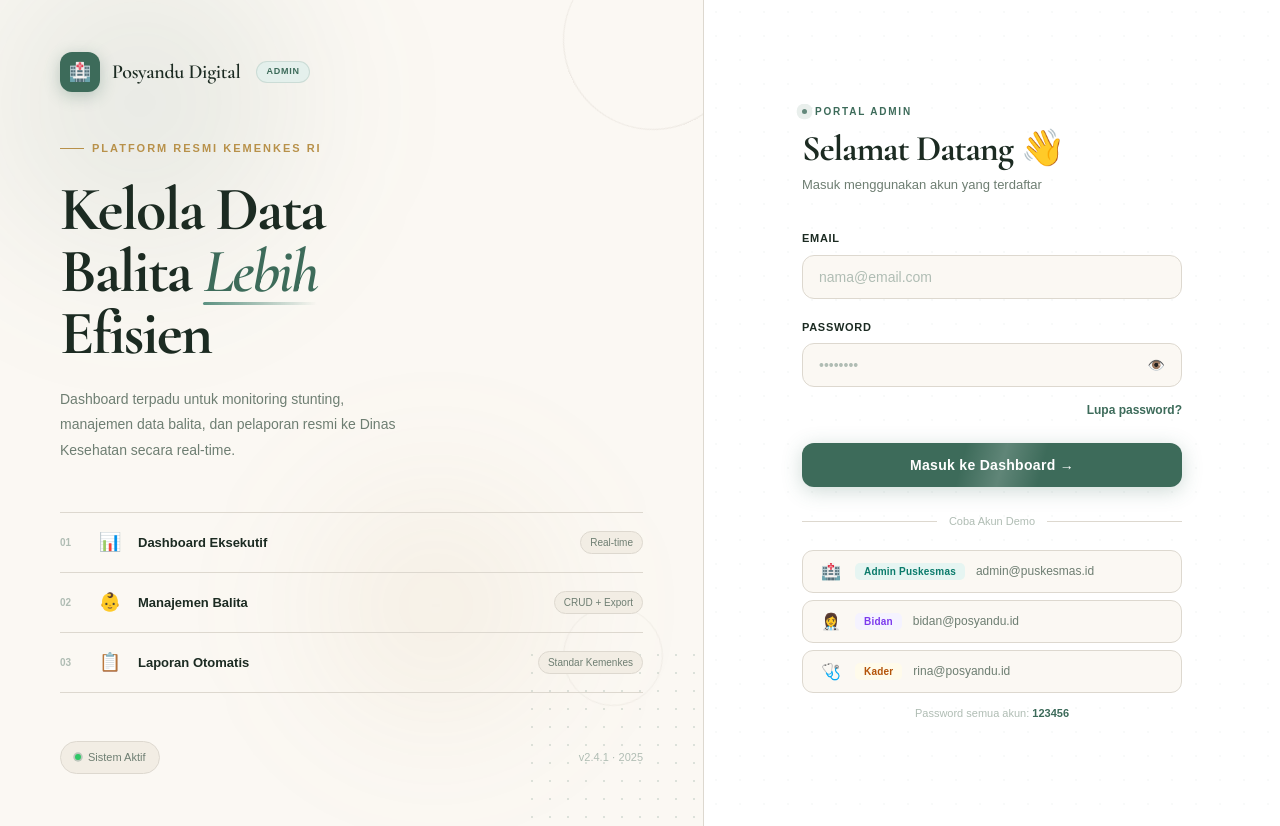
Repository: RiskyXfebriansyah/project_pui
Page: /
The author's editor kept a copy of each file at every save. The page is drawn from the files as they stood at one save, then again after a run of saves.
The browser window is 1280 px wide. The pictures show the whole page.
Some web fonts or font styles are not loaded; a fallback is used. The project was rebuilt for these pictures with package versions that can differ from the ones it lists, and the page was loaded fresh each time. Also part of the build but not shown: vite.config.js, src/utils/helpers.js, src/components/ui/Components.jsx, src/data/dummyData.js, src/pages/DashboardPage.jsx, src/pages/BalitaPage.jsx, src/pages/LaporanPage.jsx, src/pages/JadwalPage.jsx and 3 more.

Above is the page before, as saved 2026-03-03 08:19:19.

After the next 3 saves:
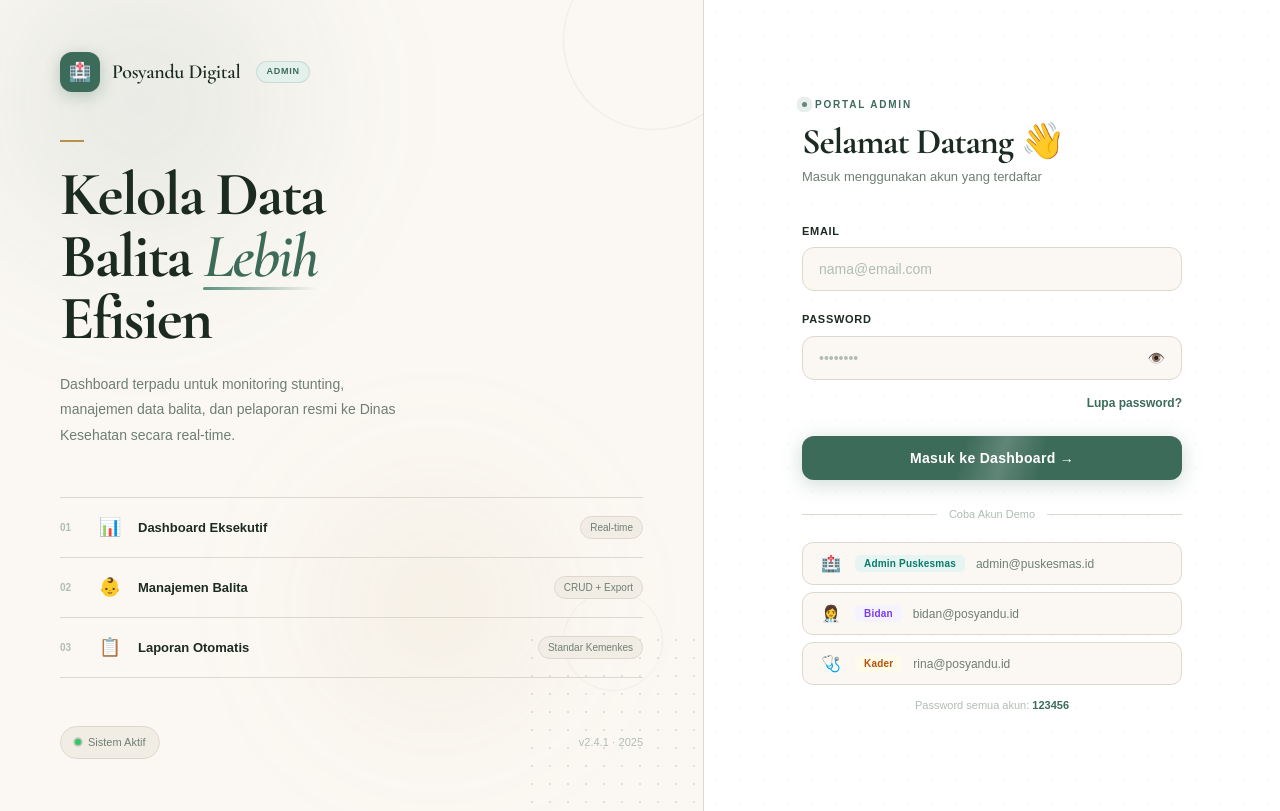
The 3 saves are shown as one change because 1 did not build or start and some came seconds apart.
The last was saved 87 s later.
--- a/src/pages/LoginPage.jsx
+++ b/src/pages/LoginPage.jsx
@@ -637,7 +637,7 @@ export default function LoginPage({ onLogin, error: externalError }) {
           <div className="hero">
             <div className="eyebrow">
               <div className="eyebrow-line" />
-              <span className="eyebrow-text">Platform Resmi Kemenkes RI</span>
+
             </div>
 
             <h1 className="big-title">
